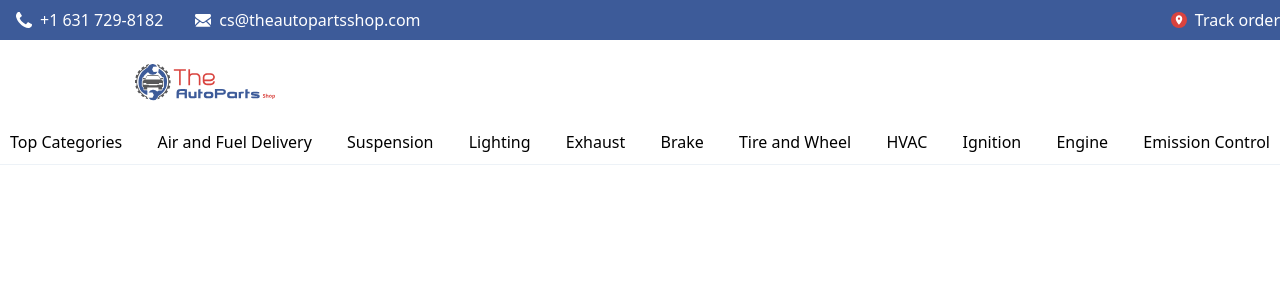
Repository: robindhimanspineor/TAPS-Next
Page: /
These files come from the project's save history. The page is drawn as it stood at one moment and after the next save; the edit follows.
The browser window is 1280 px wide. The pictures show the whole page.
The project was rebuilt for these pictures with package versions that can differ from the ones it lists, and the page was loaded fresh each time. The framework's server and built-in components were replaced by stand-ins that run in the browser. Also part of the build but not shown: next.config.js.

Above is the page before, as saved 2021-09-16 17:03:09.

### src/pages/index.tsx
// import { useRouter } from 'next/router';

// import { Meta } from '../layout/Meta';
// import { Main } from '../templates/Main';
import Header from '../components/common/header';

const Index = () => {
  // const router = useRouter();

  return (
    // <Main
    //   meta={
    //     <Meta
    //       title="Next.js Boilerplate Presentation"
    //       description="Next js Boilerplate is the perfect starter code for your project. Build your React application with the Next.js framework."
    //     />
    //   }
    // >
    // </Main>
    <div>
      <main className="main-container block">
        <Header />
      </main>
    </div>
  );
};

export default Index;

### src/styles/main.css
@tailwind base;
a {
  @apply text-blue-700;
}

a:hover {
  @apply border-b-2 border-blue-700;
}

@tailwind components;
@tailwind utilities;
.content p {
  @apply my-6;
}

.content ul {
  @apply my-6;
}

a {
  text-decoration: none;
  color: black;
}

.main-header {
  display: flex;
  flex-direction: row;
  flex-wrap: nowrap;
  align-content: flex-start;
  align-items: center;
  height: 80px;
  max-width: 1580px;
  flex-grow: 1;
  width: 100%;
  padding: 0 125px 0 115px;
}

.logo {
  flex-basis: 260px;
  display: flex;
  align-items: center;
  justify-content: flex-start;
  padding-left: 20px;
}

.logo a {
  display: inline-block;
}

.logo a span {
  display: block;
  margin-top: 5px;
  width: 140px;
}

### src/components/common/header/index.tsx
import TopHeader from './top-header';
import MainHeader from './main-header';
import CategoriesHeader from './categories-header';

const Header = () => {
  return (
    <header className="flex flex-col items-center justify-center w-full static border-b z-50">
      <TopHeader />
      <MainHeader />
      <CategoriesHeader />
    </header>
  );
};

export default Header;

### src/components/common/header/top-header.tsx
import PhoneHandle from '../../../svg/PhoneHandleSvg.js';
import MailBoxSvg from '../../../svg/MailBoxSvg.js';
import TrackOrderSvg from '../../../svg/TrackOrderSvg.js';

import topHeaderStyles from '../../../styles/top-header.module.css';
const TopHeader = () => {
  return (
    <div className={`${topHeaderStyles.bgBlue} head-top py-2 w-full text-base`}>
      <div className="w-screen max-w-screen-xl flex justify-between mx-auto">
        <div className="head-top-left flex text-white font-medium pl-4">
          <div className="head-top-phone flex items-center text-white w-auto">
            <div
              className="text-white h-6 w-6 flex items-center pr-2"
              style={{ fill: '#fff' }}
            >
              <PhoneHandle />
            </div>
            <p>+1 631 729-8182</p>
          </div>
          <div className="heap-top-email flex items-center text-white w-auto ml-8">
            <div
              className="text-white h-6 w-6 flex items-center pr-2"
              style={{ fill: '#fff' }}
            >
              <MailBoxSvg />
            </div>
            <p>cs@theautopartsshop.com</p>
          </div>
        </div>
        <div className="head-top-right text-white font-medium">
          <div
            className="head-top-track-order flex items-center text-white w-auto cursor-pointer"
            onClick={() => console.log('track order')}
          >
            <div
              className="text-white h-6 w-6 flex items-center pr-2 "
              style={{ fill: '#fff' }}
            >
              <TrackOrderSvg />
            </div>
            <p>Track order</p>
          </div>
        </div>
      </div>
    </div>
  );
};
export default TopHeader;

### src/components/common/header/main-header.tsx
import Logo from './logo';

const MainHeader = () => {
  return (
    <div className="main-header">
      <Logo />
      <div className="searchbar"></div>
      <div className="cart-button"></div>
    </div>
  );
};

export default MainHeader;

### src/components/common/header/categories-header.tsx
import Link from 'next/link';
const CategoriesHeader = () => {
  return (
    <div className="header-categories w-screen max-w-screen-xl flex justify-between ">
      <Link href="/">
        <a className="m-2.5 text-black">Top Categories</a>
      </Link>
      <Link href="/air-and-fuel-delivery">
        <a className="m-2.5 text-black">Air and Fuel Delivery</a>
      </Link>
      <Link href="/suspension">
        <a className="m-2.5 text-black">Suspension</a>
      </Link>
      <Link href="/electrical-lighting-and-body">
        <a className="m-2.5 text-black">Lighting</a>
      </Link>
      <Link href="/exhaust">
        <a className="m-2.5 text-black">Exhaust</a>
      </Link>
      <Link href="/brake">
        <a className="m-2.5 text-black">Brake</a>
      </Link>
      <Link href="/tire-and-wheel">
        <a className="m-2.5 text-black">Tire and Wheel</a>
      </Link>
      <Link href="/hvac">
        <a className="m-2.5 text-black">HVAC</a>
      </Link>
      <Link href="/ignition">
        <a className="m-2.5 text-black">Ignition</a>
      </Link>
      <Link href="/engine">
        <a className="m-2.5 text-black">Engine</a>
      </Link>
      <Link href="/emission-control">
        <a className="m-2.5 text-black">Emission Control</a>
      </Link>
    </div>
  );
};

export default CategoriesHeader;

### src/svg/PhoneHandleSvg.js
import React from 'react';

const PhoneHandle = () => (
  <svg
    version="1.1"
    xmlns="http://www.w3.org/2000/svg"
    xmlnsXlink="http://www.w3.org/1999/xlink"
    x="0px"
    y="0px"
    width="401.998px"
    height="401.998px"
    viewBox="0 0 401.998 401.998"
    style={{ enableBackground: 'new 0 0 401.998 401.998' }}
    xmlSpace="preserve"
    aria-label="phone handle svg"
  >
    <g>
      <path
        d="M401.129,311.475c-1.137-3.426-8.371-8.473-21.697-15.129c-3.61-2.098-8.754-4.949-15.41-8.566
		c-6.662-3.617-12.709-6.95-18.13-9.996c-5.432-3.045-10.521-5.995-15.276-8.846c-0.76-0.571-3.139-2.234-7.136-5
		c-4.001-2.758-7.375-4.805-10.14-6.14c-2.759-1.327-5.473-1.995-8.138-1.995c-3.806,0-8.56,2.714-14.268,8.135
		c-5.708,5.428-10.944,11.324-15.7,17.706c-4.757,6.379-9.802,12.275-15.126,17.7c-5.332,5.427-9.713,8.138-13.135,8.138
		c-1.718,0-3.86-0.479-6.427-1.424c-2.566-0.951-4.518-1.766-5.858-2.423c-1.328-0.671-3.607-1.999-6.845-4.004
		c-3.244-1.999-5.048-3.094-5.428-3.285c-26.075-14.469-48.438-31.029-67.093-49.676c-18.649-18.658-35.211-41.019-49.676-67.097
		c-0.19-0.381-1.287-2.19-3.284-5.424c-2-3.237-3.333-5.518-3.999-6.854c-0.666-1.331-1.475-3.283-2.425-5.852
		s-1.427-4.709-1.427-6.424c0-3.424,2.713-7.804,8.138-13.134c5.424-5.327,11.326-10.373,17.7-15.128
		c6.379-4.755,12.275-9.991,17.701-15.699c5.424-5.711,8.136-10.467,8.136-14.273c0-2.663-0.666-5.378-1.997-8.137
		c-1.332-2.765-3.378-6.139-6.139-10.138c-2.762-3.997-4.427-6.374-4.999-7.139c-2.852-4.755-5.799-9.846-8.848-15.271
		c-3.049-5.424-6.377-11.47-9.995-18.131c-3.615-6.658-6.468-11.799-8.564-15.415C98.986,9.233,93.943,1.997,90.516,0.859
		C89.183,0.288,87.183,0,84.521,0c-5.142,0-11.85,0.95-20.129,2.856c-8.282,1.903-14.799,3.899-19.558,5.996
		c-9.517,3.995-19.604,15.605-30.264,34.826C4.863,61.566,0.01,79.271,0.01,96.78c0,5.135,0.333,10.131,0.999,14.989
		c0.666,4.853,1.856,10.326,3.571,16.418c1.712,6.09,3.093,10.614,4.137,13.56c1.045,2.948,2.996,8.229,5.852,15.845
		c2.852,7.614,4.567,12.275,5.138,13.988c6.661,18.654,14.56,35.307,23.695,49.964c15.03,24.362,35.541,49.539,61.521,75.521
		c25.981,25.98,51.153,46.49,75.517,61.526c14.655,9.134,31.314,17.032,49.965,23.698c1.714,0.568,6.375,2.279,13.986,5.141
		c7.614,2.854,12.897,4.805,15.845,5.852c2.949,1.048,7.474,2.43,13.559,4.145c6.098,1.715,11.566,2.905,16.419,3.576
		c4.856,0.657,9.853,0.996,14.989,0.996c17.508,0,35.214-4.856,53.105-14.562c19.219-10.656,30.826-20.745,34.823-30.269
		c2.102-4.754,4.093-11.273,5.996-19.555c1.909-8.278,2.857-14.985,2.857-20.126C401.99,314.814,401.703,312.819,401.129,311.475z"
      />
    </g>
    <g />
    <g />
    <g />
    <g />
    <g />
    <g />
    <g />
    <g />
    <g />
    <g />
    <g />
    <g />
    <g />
    <g />
    <g />
  </svg>
);

export default PhoneHandle;

### src/svg/MailBoxSvg.js
import React from 'react';

const MailBoxSvg = () => (
  <svg
    version="1.1"
    xmlns="http://www.w3.org/2000/svg"
    xmlnsXlink="http://www.w3.org/1999/xlink"
    x="0px"
    y="0px"
    width="550.795px"
    height="550.795px"
    viewBox="0 0 550.795 550.795"
    style={{ enableBackground: 'new 0 0 550.795 550.795' }}
    xmlSpace="preserve"
    aria-label="mail box"
  >
    <g>
      <g>
        <path
          d="M501.613,491.782c12.381,0,23.109-4.088,32.229-12.16L377.793,323.567c-3.744,2.681-7.373,5.288-10.801,7.767
			c-11.678,8.604-21.156,15.318-28.434,20.129c-7.277,4.822-16.959,9.737-29.045,14.755c-12.094,5.024-23.361,7.528-33.813,7.528
			h-0.306h-0.306c-10.453,0-21.72-2.503-33.813-7.528c-12.093-5.018-21.775-9.933-29.045-14.755
			c-7.277-4.811-16.75-11.524-28.434-20.129c-3.256-2.387-6.867-5.006-10.771-7.809L16.946,479.622
			c9.119,8.072,19.854,12.16,32.234,12.16H501.613z"
        />
        <path
          d="M31.047,225.299C19.37,217.514,9.015,208.598,0,198.555V435.98l137.541-137.541
			C110.025,279.229,74.572,254.877,31.047,225.299z"
        />
        <path
          d="M520.059,225.299c-41.865,28.336-77.447,52.73-106.75,73.195l137.486,137.492V198.555
			C541.98,208.396,531.736,217.306,520.059,225.299z"
        />
        <path
          d="M501.613,59.013H49.181c-15.784,0-27.919,5.33-36.42,15.979C4.253,85.646,0.006,98.97,0.006,114.949
			c0,12.907,5.636,26.892,16.903,41.959c11.267,15.061,23.256,26.891,35.961,35.496c6.965,4.921,27.969,19.523,63.012,43.801
			c18.917,13.109,35.368,24.535,49.505,34.395c12.05,8.396,22.442,15.667,31.022,21.701c0.985,0.691,2.534,1.799,4.59,3.269
			c2.215,1.591,5.018,3.61,8.476,6.107c6.659,4.816,12.191,8.709,16.597,11.683c4.4,2.975,9.731,6.298,15.985,9.988
			c6.249,3.685,12.143,6.456,17.675,8.299c5.533,1.842,10.655,2.766,15.367,2.766h0.306h0.306c4.711,0,9.834-0.924,15.368-2.766
			c5.531-1.843,11.42-4.608,17.674-8.299c6.248-3.69,11.572-7.02,15.986-9.988c4.406-2.974,9.938-6.866,16.598-11.683
			c3.451-2.497,6.254-4.517,8.469-6.102c2.057-1.476,3.605-2.577,4.596-3.274c6.684-4.651,17.1-11.892,31.104-21.616
			c25.482-17.705,63.01-43.764,112.742-78.281c14.957-10.447,27.453-23.054,37.496-37.803c10.025-14.749,15.051-30.22,15.051-46.408
			c0-13.525-4.873-25.098-14.598-34.737C526.461,63.829,514.932,59.013,501.613,59.013z"
        />
      </g>
    </g>
    <g />
    <g />
    <g />
    <g />
    <g />
    <g />
    <g />
    <g />
    <g />
    <g />
    <g />
    <g />
    <g />
    <g />
    <g />
  </svg>
);

export default MailBoxSvg;

### src/svg/TrackOrderSvg.js
import React from 'react';

const TrackOrderSvg = () => (
    <svg xmlns="http://www.w3.org/2000/svg"
        version="1.1"
        id="Layer_1"
        x="0px"
        y="0px"
        viewBox="0 0 28 28"
        style={{ enableBackground: "new 0 0 28 28" }}>

        <circle id="Ellipse_2" fill="#D9433E" cx="14" cy="14" r="14" />
        <path id="Icon_material-location-on" fill="#FFFFFF" d="M14,5.9c-3.1,0-5.7,2.5-5.7,5.7c0,0,0,0,0,0c0,4.3,5.7,10.5,5.7,10.5  s5.7-6.3,5.7-10.5C19.7,8.4,17.1,5.9,14,5.9C14,5.9,14,5.9,14,5.9z M14,13.6c-1.1,0-2-0.9-2-2c0-1.1,0.9-2,2-2c1.1,0,2,0.9,2,2l0,0  C16,12.7,15.1,13.6,14,13.6z" />
    </svg>
);

export default TrackOrderSvg;

### src/styles/top-header.module.css
.bgBlue {
  background-color: #3d5b99;
}

### src/components/common/header/logo.tsx
import React from 'react';
import Link from 'next/link';

const Logo = () => (
  <div className="logo">
    <Link href="/">
      <a>
        <span>
          <svg x="0px" y="0px" viewBox="0 0 1004.91 260.67">
            <title>theautopartsshop.com</title>
            <path
              fill="#ff0"
              d="M231.67,154.11"
              transform="translate(-48.51 -38.87)"
            />
            <path
              fill="#ff0"
              d="M259.25,150.17"
              transform="translate(-48.51 -38.87)"
            />
            <path
              fill="#d9433e"
              d="M327.3,76.1h86.6V87.9H376.66V191.22H364.95V87.9H327.3Z"
              transform="translate(-48.51 -38.87)"
            />
            <path
              fill="#d9433e"
              d="M431.62,76h12.2v33.85q8.8-5.33,15.59-5.33h31.1q10.58,0,20.92,10.66,6.87,7.35,6.87,23.59v52.43H506.5V137.58q0-16.07-12.12-20.12l-5.33-.73H461.67q-13.81,0-17.53,12.93l-.32,2.67v58.89h-12.2Z"
              transform="translate(-48.51 -38.87)"
            />
            <path
              fill="#d9433e"
              d="M564.53,104.46h28.19q20.2,0,28.2,21.65l.73,5.74v3.39q0,14.46-16.32,24.4A35.87,35.87,0,0,1,592,162.3H547.08V163q0,11.47,13.33,15.59l7.59.81h20.92q15.83,0,20.12-11.39a34.07,34.07,0,0,0,1.54-6.14h11.07q0,20.76-22.46,28.6l-6.46.73h-24.4q-24.16,0-31.91-19.39a43.41,43.41,0,0,1-1.53-10.66V134.11q0-19.63,19-27.79A26.84,26.84,0,0,1,564.53,104.46Zm-17.85,33.85v12.2h41.12q17,0,20.52-10.34a15.89,15.89,0,0,0,1.54-7.19q0-7-6.06-12.52-4.2-4.2-15.27-4.2H568.73q-12.52,0-16.72,4.93Q546.68,125.38,546.68,138.31Z"
              transform="translate(-48.51 -38.87)"
            />
            <path
              fill="#d9433e"
              d="M983.65,273.4a6.78,6.78,0,0,1-2.56,5.6,11.11,11.11,0,0,1-7.12,2,16.71,16.71,0,0,1-7.43-1.58V274.3A30.63,30.63,0,0,0,971,276a13.3,13.3,0,0,0,3.37.49,4.79,4.79,0,0,0,2.81-.7,2.4,2.4,0,0,0,1-2.08,2.3,2.3,0,0,0-.43-1.37,4.81,4.81,0,0,0-1.27-1.16,32.89,32.89,0,0,0-3.4-1.78,16.1,16.1,0,0,1-3.61-2.17,8.15,8.15,0,0,1-1.92-2.42,6.91,6.91,0,0,1-.72-3.23,6.78,6.78,0,0,1,2.36-5.47,9.8,9.8,0,0,1,6.53-2,15.4,15.4,0,0,1,3.9.48,26.89,26.89,0,0,1,3.89,1.36l-1.79,4.33a26.36,26.36,0,0,0-3.47-1.2,11.18,11.18,0,0,0-2.7-.34,3.57,3.57,0,0,0-2.42.74,2.42,2.42,0,0,0-.84,1.92,2.38,2.38,0,0,0,.34,1.28,3.74,3.74,0,0,0,1.09,1.06,33.55,33.55,0,0,0,3.53,1.84,14,14,0,0,1,5,3.53A6.89,6.89,0,0,1,983.65,273.4Z"
              transform="translate(-48.51 -38.87)"
            />
            <path
              fill="#d9433e"
              d="M1006.43,280.69H1001V269q0-4.34-3.23-4.34a3.67,3.67,0,0,0-3.32,1.56,9.53,9.53,0,0,0-1,5.06v9.44H987.9V252.75h5.48v5.69q0,.67-.13,3.12l-.12,1.62h.29a6.34,6.34,0,0,1,5.82-2.94,7.11,7.11,0,0,1,5.37,1.9,7.56,7.56,0,0,1,1.83,5.46Z"
              transform="translate(-48.51 -38.87)"
            />
            <path
              fill="#d9433e"
              d="M1030.23,270.62q0,4.9-2.58,7.67a9.37,9.37,0,0,1-7.2,2.76,10.07,10.07,0,0,1-5.1-1.27,8.41,8.41,0,0,1-3.39-3.64,12.21,12.21,0,0,1-1.19-5.53q0-4.92,2.57-7.65a9.43,9.43,0,0,1,7.22-2.73,10.13,10.13,0,0,1,5.1,1.26,8.39,8.39,0,0,1,3.39,3.61A12.1,12.1,0,0,1,1030.23,270.62Zm-13.88,0a8.42,8.42,0,0,0,1,4.51,3.5,3.5,0,0,0,3.19,1.53,3.44,3.44,0,0,0,3.15-1.52,8.54,8.54,0,0,0,1-4.51,8.29,8.29,0,0,0-1-4.47,4.12,4.12,0,0,0-6.34,0A8.28,8.28,0,0,0,1016.35,270.62Z"
              transform="translate(-48.51 -38.87)"
            />
            <path
              fill="#d9433e"
              d="M1045.7,281a6.65,6.65,0,0,1-5.55-2.57h-.29q.29,2.51.29,2.91v8.13h-5.48v-28.9h4.45l.77,2.6h.25a6.33,6.33,0,0,1,5.69-3,6.51,6.51,0,0,1,5.57,2.75q2,2.75,2,7.63a15.07,15.07,0,0,1-.94,5.58,7.83,7.83,0,0,1-2.68,3.61A6.88,6.88,0,0,1,1045.7,281Zm-1.62-16.43a3.46,3.46,0,0,0-3,1.25,7.16,7.16,0,0,0-1,4.12v.59a8.45,8.45,0,0,0,1,4.63,3.43,3.43,0,0,0,3,1.4q3.68,0,3.68-6.07a8.67,8.67,0,0,0-.91-4.44A3.09,3.09,0,0,0,1044.09,264.62Z"
              transform="translate(-48.51 -38.87)"
            />
            <path
              fill="#3d5b99"
              d="M363.38,284.2h-16.7V251.25a79.65,79.65,0,0,1,1.21-14.73A20.87,20.87,0,0,1,353,226q3.88-4.2,11.12-6.34t19.2-2.14a168.44,168.44,0,0,1,20.76,1.21q9.69,1.21,17.19,1.92V284.2H404.64V258.48H363.47Zm41.25-51.52q-4.82-.36-10.22-.58t-11.3-.22a39.21,39.21,0,0,0-9.46.94,14.28,14.28,0,0,0-5.8,2.77,10.42,10.42,0,0,0-3.08,4.38,21.9,21.9,0,0,0-1.21,5.76h41.07Z"
              transform="translate(-48.51 -38.87)"
            />
            <path
              fill="#3d5b99"
              d="M459.73,285.27a67,67,0,0,1-11.92-.94,19.65,19.65,0,0,1-8.57-3.57,16,16,0,0,1-5.18-7.28,34.9,34.9,0,0,1-1.74-12.05V238.57H449v22.86a14,14,0,0,0,.63,4.55,6.31,6.31,0,0,0,1.92,2.86,7.71,7.71,0,0,0,3.3,1.52,22.7,22.7,0,0,0,4.87.45q1.69,0,3.13,0t3-.18l3.39-.27q1.83-.13,4.42-.4V238.57h16.61v43.57q-3.39.45-6.79,1t-7.1,1q-3.71.45-7.77.76T459.73,285.27Z"
              transform="translate(-48.51 -38.87)"
            />
            <path
              fill="#3d5b99"
              d="M533.48,250.36H518.93V284.2h-16.7V222.59l16.7-4.29v19.29h14.55Z"
              transform="translate(-48.51 -38.87)"
            />
            <path
              fill="#3d5b99"
              d="M576.87,237.59a117.41,117.41,0,0,1,16.21.94,26.66,26.66,0,0,1,10.67,3.57,14.69,14.69,0,0,1,5.89,7.28,41.59,41.59,0,0,1,0,24.11,14.68,14.68,0,0,1-5.89,7.28,26.63,26.63,0,0,1-10.67,3.57,140.93,140.93,0,0,1-32.46,0A26.3,26.3,0,0,1,550,280.76a14.73,14.73,0,0,1-5.85-7.28,41.58,41.58,0,0,1,0-24.11A14.75,14.75,0,0,1,550,242.1a26.33,26.33,0,0,1,10.67-3.57A118.41,118.41,0,0,1,576.87,237.59Zm0,33.21q5.09,0,8.39-.31a14.21,14.21,0,0,0,5.18-1.29,5.5,5.5,0,0,0,2.63-2.81,13.24,13.24,0,0,0,.76-5,13.61,13.61,0,0,0-.76-5,5.48,5.48,0,0,0-2.63-2.86,14.27,14.27,0,0,0-5.18-1.29q-3.3-.31-8.39-.31t-8.39.31a14.7,14.7,0,0,0-5.22,1.29,5.24,5.24,0,0,0-2.63,2.86,14.34,14.34,0,0,0-.71,5,14,14,0,0,0,.71,5,5.26,5.26,0,0,0,2.63,2.81,14.64,14.64,0,0,0,5.22,1.29Q571.78,270.81,576.87,270.81Z"
              transform="translate(-48.51 -38.87)"
            />
            <path
              fill="#3d5b99"
              d="M672.05,218.21a57.24,57.24,0,0,1,13.71,1.38,23.44,23.44,0,0,1,8.79,4,14.2,14.2,0,0,1,4.69,6.34,24.65,24.65,0,0,1,1.38,8.57,28.61,28.61,0,0,1-1.29,9.11,13,13,0,0,1-4.51,6.29,22,22,0,0,1-8.75,3.66,67.6,67.6,0,0,1-14,1.21H638.66V284.2H622.05v-66h50Zm0,27.77a43.81,43.81,0,0,0,5.67-.31,11.57,11.57,0,0,0,3.88-1.12,5,5,0,0,0,2.23-2.28,8.72,8.72,0,0,0,.71-3.79,8.11,8.11,0,0,0-.8-3.88,5.48,5.48,0,0,0-2.37-2.28,11.43,11.43,0,0,0-3.93-1.07,48.49,48.49,0,0,0-5.4-.27H638.66v15Z"
              transform="translate(-48.51 -38.87)"
            />
            <path
              fill="#3d5b99"
              d="M744.11,237.59a113.36,113.36,0,0,1,12.5.71q6.43.72,11.88,1.52,6.25,1,12.41,2.14V284.2H768.84L766.79,282a54.66,54.66,0,0,1-9.6,2.32,80.48,80.48,0,0,1-13.08,1,118.41,118.41,0,0,1-16.25-.94,26.68,26.68,0,0,1-10.71-3.57,14.66,14.66,0,0,1-5.89-7.28,41.57,41.57,0,0,1,0-24.11,14.67,14.67,0,0,1,5.89-7.28,26.71,26.71,0,0,1,10.71-3.57A118.41,118.41,0,0,1,744.11,237.59Zm0,33.21q1.69,0,4.15-.09t5.18-.22l5.54-.27q2.81-.13,5.31-.31V252.86q-2.5-.09-5.31-.27t-5.54-.31q-2.72-.13-5.18-.22t-4.15-.09q-5.09,0-8.39.31a14.7,14.7,0,0,0-5.22,1.29,5.24,5.24,0,0,0-2.63,2.86,14.33,14.33,0,0,0-.71,5,13.94,13.94,0,0,0,.71,5,5.26,5.26,0,0,0,2.63,2.81,14.64,14.64,0,0,0,5.22,1.29Q739,270.81,744.11,270.81Z"
              transform="translate(-48.51 -38.87)"
            />
            <path
              fill="#3d5b99"
              d="M801.17,239.33q4.46-.58,9.2-1t9.64-.58q4.91-.18,9.64-.18v12q-5.09.27-8.79.71t-6.29.89q-2.95.54-5.09,1.07v32H792.86V240.72Q796.7,239.91,801.17,239.33Z"
              transform="translate(-48.51 -38.87)"
            />
            <path
              fill="#3d5b99"
              d="M871.52,250.36H857V284.2h-16.7V222.59L857,218.3v19.29h14.55Z"
              transform="translate(-48.51 -38.87)"
            />
            <path
              fill="#3d5b99"
              d="M943.67,270.9a12.91,12.91,0,0,1-1.74,6.92,11.93,11.93,0,0,1-5.8,4.51,38.31,38.31,0,0,1-10.71,2.37,144.32,144.32,0,0,1-16.56.49q-3.75-.09-7.68-.4t-7.41-.76q-3.48-.45-6.29-.89l-4.42-.71V271.88q5.44.27,10.45.45,4.28.18,8.66.31t7,.13q5.44.18,8.79.13a40.62,40.62,0,0,0,5.13-.31,5.15,5.15,0,0,0,2.37-.76,1.9,1.9,0,0,0,.67-1.29,1.21,1.21,0,0,0-.36-1.12,3.88,3.88,0,0,0-1.7-.67,28.45,28.45,0,0,0-3.44-.45l-5.58-.45q-10.72-.8-17.41-2a40.1,40.1,0,0,1-10.45-3,10.28,10.28,0,0,1-5-4.51,14.65,14.65,0,0,1-1.29-6.43,12.16,12.16,0,0,1,1.74-6.61,12.55,12.55,0,0,1,5.8-4.55,37.81,37.81,0,0,1,10.71-2.54,129.93,129.93,0,0,1,16.56-.58q4.37.09,8.75.54t7.86,1q4.11.63,7.77,1.34v10.89q-2.32-.27-5.67-.49t-6.83-.4q-3.48-.18-6.7-.31l-5.45-.22q-5.54-.09-8.84,0a46.56,46.56,0,0,0-5.13.36,5.23,5.23,0,0,0-2.41.76,1.52,1.52,0,0,0-.58,1.21,1.45,1.45,0,0,0,.36,1.07,3.35,3.35,0,0,0,1.52.63,24.73,24.73,0,0,0,3.35.45l5.85.45q10.8.8,17.5,2a40.41,40.41,0,0,1,10.4,3,10.31,10.31,0,0,1,5,4.51A14.66,14.66,0,0,1,943.67,270.9Z"
              transform="translate(-48.51 -38.87)"
            />
            <path
              fill="#58585a"
              d="M246.48,147.78a4.09,4.09,0,0,0,4.09-4.09v-2.74a2.07,2.07,0,0,0-2.3-2.06l-18,2-2.48-3.84-10-15.38a7.11,7.11,0,0,0-6-3.25H140.45a6.18,6.18,0,0,0-5.33,3L126,137l-2.35,4-16.24-1.91a3.32,3.32,0,0,0-3.71,3.3v1.77a3.65,3.65,0,0,0,3.65,3.65h12.29l-2.76,4.69-6,3.33-6,3.33a3.32,3.32,0,0,0-1.7,2.9v37.46a2.66,2.66,0,0,0,2.14,2.61l1.74,1,1.74,1a3,3,0,0,1,2.4,2.91l0,5.4,0,8a2.1,2.1,0,0,0,2.36,2.07l1.59-.19,1.59-.19h17.6a1.83,1.83,0,0,0,1.83-1.83V206.72h80.39v13.5a1.92,1.92,0,0,0,1.92,1.92h22a1.91,1.91,0,0,0,1.91-1.91V207.06a3.22,3.22,0,0,1,1.37-2.64l2-1,2-1a3.32,3.32,0,0,0,1.83-1,2.86,2.86,0,0,0,.77-1.9V161.24a3.28,3.28,0,0,0-1.74-2.9l-5.53-2.94-5.53-2.94-4.12-6.37,1.39,1.68ZM137.42,123h77.66l18.27,27.41H121.43Zm104.14,52.61a3.58,3.58,0,0,1,3.58,3.58v5.37a3.24,3.24,0,0,1-3.24,3.24h-30a3.59,3.59,0,0,0-3,1.69l-.3.48-.3.48a3.41,3.41,0,0,1-2.89,1.6H150.66a3.15,3.15,0,0,1-2.67-1.48l-.32-.51-.32-.51a3.75,3.75,0,0,0-3.18-1.76H111.57a3.37,3.37,0,0,1-3.37-3.37v-5.52a3.3,3.3,0,0,1,3.3-3.3h15a3.45,3.45,0,0,1,3.41,2.89l.22,1,.22,1a2.37,2.37,0,0,0,2.32,1.86h85.46a2.53,2.53,0,0,0,2.52-2.52v-.31a3.94,3.94,0,0,1,3.94-3.94h17Z"
              transform="translate(-48.51 -38.87)"
            />
            <path
              fill="#58585a"
              d="M147.65,44.92V39.66l-18.16,5.68a2.82,2.82,0,0,0-1.8,3.68l2.89,7.71-14.44,7.88-5.7-8a1.51,1.51,0,0,0-2.09-.36L93.76,67.68a1.51,1.51,0,0,0-.37,2.12l5.67,6.63L87.25,88.25l-6.61-5.78a1.51,1.51,0,0,0-2.07.46L67,97.63a1.51,1.51,0,0,0,.3,2l6.85,5.71-6.57,13.13-9-2.26a1.51,1.51,0,0,0-1.83,1.1l-4.53,18.13a1.51,1.51,0,0,0,1.05,1.82L61,139.46l-2,15.1H50a1.51,1.51,0,0,0-1.51,1.51v18A1.51,1.51,0,0,0,50,175.57h9l1.31,17.07L52.42,196a1.51,1.51,0,0,0-.84,1.87l5.67,17a1.51,1.51,0,0,0,1.85,1l7.8-2.23,7.88,14.44-7.93,5.67a1.51,1.51,0,0,0-.33,2.13l10,13.38a1.51,1.51,0,0,0,2,.35l8-4.46L98.41,257l-5.55,6.66a1.51,1.51,0,0,0,.25,2.17L106.65,276a1.51,1.51,0,0,0,1.87,0l7-5.8,13.13,6.57-3.29,7.68a1.51,1.51,0,0,0,.91,2l18.14,6-11.82-21s-52.52-15.76-67-85.35c0,0-17.07-84,69.59-124.74C135.18,61.33,139.12,50.83,147.65,44.92Z"
              transform="translate(-48.51 -38.87)"
            />
            <path
              fill="#3d5b99"
              d="M182.26,96.67,171.12,78.25l8.44-20,28.33-2.17A38.73,38.73,0,0,0,140,62.58l0,1.65c-17.78,9.3-53.1,34.1-63,75.89,0,0-10.77,44,7.45,79.68,0,0,12,27.32,52.1,42l.88-29.77-1.25-2.58a6.82,6.82,0,0,0-4.09-1.36H116.16a7.85,7.85,0,0,1-5.55-2.3,2.62,2.62,0,0,1-.77-1.85V212.75a5.15,5.15,0,0,0-1.51-3.65l-9.23-7.91a5.2,5.2,0,0,1-1.52-3.68v-33a12.31,12.31,0,0,1,1.3-5.51l1.1-2.21a6.26,6.26,0,0,0,.66-2.8l.31-13.75s1.81-5,4-5h2.11c1.87,0,4.62-8.24,5.66-9.8,3.1-4.63,18.15-19,30.25-28.8l.32,2.38a38.73,38.73,0,0,0,67.23-4.46Z"
              transform="translate(-48.51 -38.87)"
            />
            <path
              fill="#3d5b99"
              d="M277.2,145.8c-11.37-54.92-57.36-72.24-57.36-72.24L215,101.14c12.35,7.41,24.69,24.76,29,31.23a5.6,5.6,0,0,0,4.66,2.49h2.11c2.23,0,4,.5,4,2.73l-1.31,22.06a6.26,6.26,0,0,0,.66,2.8l1.1,2.21a12.31,12.31,0,0,1,1.3,5.51v33a5.2,5.2,0,0,1-1.52,3.68l-7.91,6.6a5.16,5.16,0,0,0-1.51,3.65v6a2.62,2.62,0,0,1-.77,1.85c-1.47,1.47-3.47,3.61-5.55,3.61H223.43a6.82,6.82,0,0,0-4.09,1.36L208,236.67a37.94,37.94,0,0,0-61.74,6l27.82-.07,9.65,18.9-9.56,18.9-27.82.07a38,38,0,0,0,66.1-.4l.5-7.91,2.73-3.69c37.06-22.67,47.55-45.64,47.55-45.64C284.21,197.23,277.2,145.8,277.2,145.8Z"
              transform="translate(-48.51 -38.87)"
            />
            <path
              fill="#58585a"
              d="M207.4,46.23V41l15.54,5.68a2.82,2.82,0,0,1,1.8,3.68L224.47,58l11.82,7.88,5.7-8a1.51,1.51,0,0,1,2.09-.36L258.66,69a1.51,1.51,0,0,1,.37,2.12l-5.67,6.63,11.82,11.82,6.61-5.78a1.51,1.51,0,0,1,2.07.46l11.6,14.69a1.51,1.51,0,0,1-.3,2l-8.17,4.4,7.88,14.44,9-2.26a1.51,1.51,0,0,1,1.83,1.1l4.53,18.13a1.51,1.51,0,0,1-1.05,1.82l-6.47,2.22.66,15.1h9a1.51,1.51,0,0,1,1.51,1.51v18a1.51,1.51,0,0,1-1.51,1.51h-9L290.78,194,300,196a1.51,1.51,0,0,1,.84,1.87l-5.67,18.32a1.51,1.51,0,0,1-1.85,1L284.21,215l-7.88,13.13,7.93,5.67a1.51,1.51,0,0,1,.33,2.13l-11.35,14.69a1.51,1.51,0,0,1-2,.35l-6.69-4.46L252.7,258.29l5.55,5.34a1.51,1.51,0,0,1-.25,2.17l-13.53,11.46a1.51,1.51,0,0,1-1.87,0l-5.65-8.43-13.13,7.88.67,9a1.51,1.51,0,0,1-.91,2l-15.51,4.73,13.13-22.32S269.11,257,285.52,188.7c0,0,21-84-65.65-124.74C219.87,64,215.93,52.14,207.4,46.23Z"
              transform="translate(-48.51 -38.87)"
            />
          </svg>
        </span>
      </a>
    </Link>
  </div>
);

export default Logo;

Loaded but not shown: src/pages/_app.tsx (common file); src/pages/_document.tsx (common file); src/utils/AppConfig.ts (common file); tailwind.config.js (common file)

After the next save:
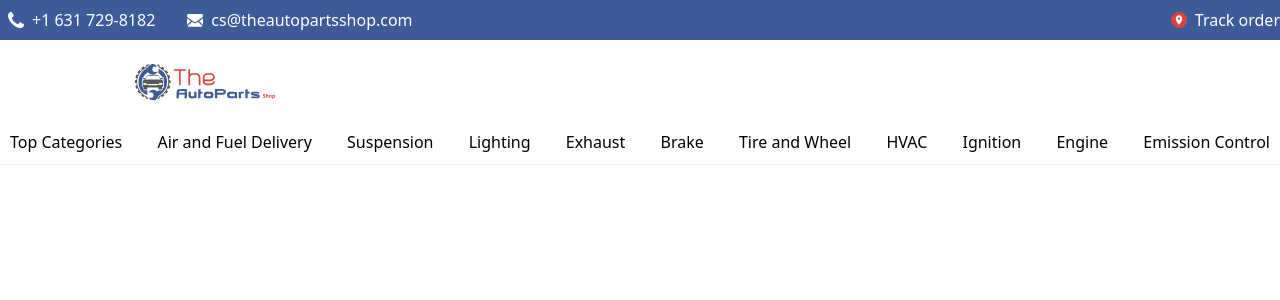
Saved 5 s later.
--- a/src/components/common/header/top-header.tsx
+++ b/src/components/common/header/top-header.tsx
@@ -7,7 +7,7 @@ const TopHeader = () => {
   return (
     <div className={`${topHeaderStyles.bgBlue} head-top py-2 w-full text-base`}>
       <div className="w-screen max-w-screen-xl flex justify-between mx-auto">
-        <div className="head-top-left flex text-white font-medium pl-4">
+        <div className="head-top-left flex text-white font-medium pl-2">
           <div className="head-top-phone flex items-center text-white w-auto">
             <div
               className="text-white h-6 w-6 flex items-center pr-2"
